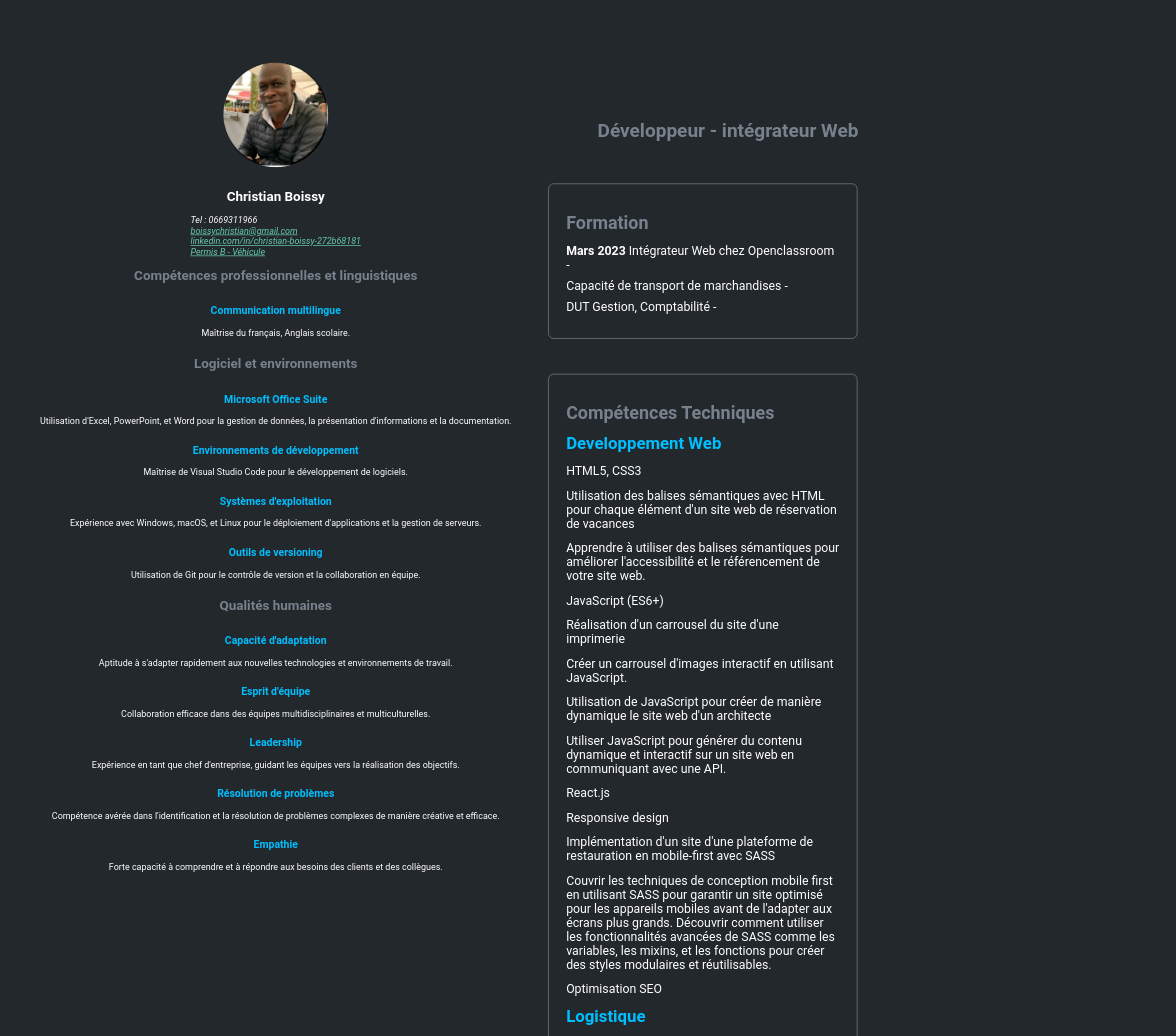
Repository: Christian121966/cv-logistique
Page: /
These files come from the project's save history. The page is drawn as it stood at one moment and after the next save; the edit follows.
The browser window is 1280 px wide. The page is 1680 px wide, so the pictures cover 1680 px, including what lies to the right of the window. The pictures show the part of the page from y = 0 to 1480 px (the page is 2702 px tall), at 70% of full size.
The project was rebuilt for these pictures with package versions that can differ from the ones it lists, and the page was loaded fresh each time.

Above is the page before, as saved 2024-07-27 19:42:00.

### public/index.html
<!DOCTYPE html>
<html lang="en">
  <head>
    <meta charset="utf-8" />
    <link rel="icon" href="%PUBLIC_URL%/favicon.ico" />
    <meta name="viewport" content="width=device-width, initial-scale=1" />
    <meta name="theme-color" content="#000000" />
    <meta name="description" content="Curriculum Vitae de Christian Boissy, développeur web front-end" />
    <meta name="keywords" content="Christian Boissy, CV, développeur front-end, React, Node.js, JavaScript" />
    <meta name="author" content="Christian Boissy" />

    <!-- Open Graph Meta Tags -->
    <meta property="og:title" content="CV de Christian Boissy" />
    <meta property="og:description" content="Curriculum Vitae de Christian Boissy, développeur web front-end" />
    <meta property="og:image" content="%PUBLIC_URL%/logo192.png" />
    <meta property="og:url" content="https://christian121966.github.io/cv-christian-boissy/" />
    <meta property="og:type" content="website" />

    <!-- Twitter Card Meta Tags -->
    <meta name="twitter:card" content="summary_large_image" />
    <meta name="twitter:title" content="CV de Christian Boissy" />
    <meta name="twitter:description" content="Curriculum Vitae de Christian Boissy, développeur web front-end" />
    <meta name="twitter:image" content="%PUBLIC_URL%/logo192.png" />

    <link rel="apple-touch-icon" href="%PUBLIC_URL%/logo192.png" />
    <link rel="manifest" href="%PUBLIC_URL%/manifest.json" />
    <title>CV-CHRISTIAN-BOISSY</title>

    <!-- Google Analytics -->
    <script async src="https://www.googletagmanager.com/gtag/js?id=G-K4EJ3NRTQS"></script>
    <script>
      window.dataLayer = window.dataLayer || [];
      function gtag(){dataLayer.push(arguments);}
      gtag('js', new Date());
      gtag('config', 'G-K4EJ3NRTQS');
    </script>
  </head>
  <body>
    <noscript>You need to enable JavaScript to run this app.</noscript>
    <div id="root"></div>
    <!--
      This HTML file is a template.
      If you open it directly in the browser, you will see an empty page.

      You can add webfonts, meta tags, or analytics to this file.
      The build step will place the bundled scripts into the <body> tag.

      To begin the development, run `npm start` or `yarn start`.
      To create a production bundle, use `npm run build` or `yarn build`.
    -->
  </body>
</html>

### src/index.js
import React from 'react';
import ReactDOM from 'react-dom/client';
import './index.css';
import App from './App';
import ReactGA from 'react-ga4';

ReactGA.initialize('G-K4EJ3NRTQS', {
  cookieFlags: 'SameSite=None; Secure'
});

ReactGA.send('pageview');

const root = ReactDOM.createRoot(document.getElementById('root'));
root.render(
  <React.StrictMode>
    <App />
  </React.StrictMode>
);

### src/App.js
import React from 'react';
import './App.css';
import Footer from './components/Footer';
import Section from './components/Section';
import Sidebar from './components/Sidebar';
import Formation from './components/Formation';
import CompetencesTechniques from './components/CompetencesTechniques';
import ExperiencesProfessionnelles from './components/ExperiencesProfessionnelles';

function App() {
  return (
    <div className="App">
      <header className="cv-title">
        <h1>Développeur - intégrateur Web</h1>
      </header>
      <div className="container">
        <Sidebar />
        <main>
          <div className="card">
            <Section title="Formation">
              <Formation />
            </Section>
          </div>
          <div className="card">
            <Section title="Compétences Techniques">
              <CompetencesTechniques />
            </Section>
          </div>
          <div className="card">
            <Section title="Expériences Professionnelles">
              <ExperiencesProfessionnelles />
            </Section>
          </div>
        </main>
      </div>
      <Footer />
    </div>
  );
}

export default App;

### src/App.css
@charset "UTF-8";
/* Variables de couleurs */
/* Mixins */
*,
*::before,
*::after {
  box-sizing: border-box;
  margin: 0;
  padding: 0;
}

body {
  background-color: rgb(35, 40, 45);
  color: rgb(255, 255, 255);
  font-family: "Roboto", sans-serif;
  padding: 0;
  margin: 0;
  overflow-x: hidden;
  overflow-y: auto;
}
body header.cv-title {
  display: flex;
  justify-content: center;
  position: relative;
  top: 185px;
  left: 0;
  margin-bottom: 2px;
}
body header.cv-title h1 {
  color: rgb(120, 130, 140);
  font-size: 1em;
}
body .container {
  display: flex;
  flex-direction: column;
  padding: 10px;
}
body .container .container {
  display: flex;
  flex-direction: column;
  padding: 10px;
}
body .container .sidebar {
  width: 100%;
  font-size: 0.8em;
  display: flex;
  flex-direction: column;
  justify-content: center;
  align-items: center;
  padding: 2px;
}
body .container .sidebar h2 {
  font-size: 1.5em;
  text-align: center;
  margin: 15px 0 15px 0;
  color: rgb(120, 130, 140);
}
body .container .sidebar .profile-photo {
  width: 150px;
  height: 150px;
  border-radius: 50%;
  margin-bottom: 30px;
  cursor: pointer;
  transition: width 0.3s ease, height 0.3s ease;
}
body .container .sidebar .profile-photo:hover {
  width: 360px;
  height: 360px;
  border-radius: 50%;
  margin-bottom: 30px;
}
body .container .sidebar address {
  margin-top: 15px;
}
body .container .sidebar address a {
  color: mediumaquamarine;
}
body .container .sidebar ul {
  list-style-type: none;
  text-align: center;
}
body .container .sidebar ul h3 {
  margin: 15px 0 15px 0;
  color: deepskyblue;
}
body .container .sidebar ul li {
  display: flex;
  flex-direction: column;
  margin-bottom: 10px;
  overflow-y: auto;
}
body .container .sidebar ul li li > span {
  display: block; /* Assurez-vous que span est affiché comme bloc */
  text-align: center; /* Exemple de centrage de span */
  color: #777; /* Exemple de couleur de texte */
}
body main {
  margin: 0;
}
body section h2 {
  font-size: 1.2em;
  margin: 15px 0 15px 0;
}
body .card {
  margin: 5px;
  padding: 10px;
  background: rgb(35, 40, 45);
  border: 1px solid rgb(120, 130, 140);
  border-radius: 8px;
}
body .card div, body .card ul {
  font-size: 0.9em;
  list-style-type: none;
  margin-bottom: 10px;
}
body .card h2 {
  color: rgb(120, 130, 140);
}
body .card h3 {
  font-size: 1.1em;
  margin: 15px 0 15px 0;
  color: deepskyblue;
}
body li {
  margin-bottom: 15px;
}
body p {
  font-size: 1em;
}
body footer p {
  font-size: 0.6em;
  display: flex;
  justify-content: center;
  text-align: center;
}

/* Pour les écrans de 320px à 425px */
@media screen and (max-width: 425px) {
  body header.cv-title {
    position: relative;
    top: 190px;
    left: 0;
    margin-bottom: 2px;
    text-align: center;
  }
  body header.cv-title h1 {
    color: rgb(120, 130, 140);
    font-size: 1.2em;
  }
  body .container {
    display: flex;
    flex-direction: column;
    padding: 10px;
  }
  body .sidebar {
    width: 100%;
    font-size: 0.8em;
    display: flex;
    flex-direction: column;
    justify-content: center;
    align-items: center;
    padding: 2px;
  }
  body .sidebar h2 {
    font-size: 1.1em;
    text-align: center;
    margin: 15px 0;
    color: rgb(120, 130, 140);
  }
  body .sidebar .profile-photo {
    width: 150px;
    height: 150px;
    border-radius: 50%;
    margin-bottom: 30px;
  }
  body .sidebar address {
    margin-top: 0;
  }
  body .sidebar address a {
    color: mediumaquamarine;
  }
  body .sidebar ul {
    list-style-type: none;
  }
  body .sidebar ul h3 {
    margin: 15px 0;
    color: deepskyblue;
    text-align: center;
  }
  body .sidebar ul li {
    margin-bottom: 10px;
    text-align: center;
  }
  body .sidebar ul li span {
    display: block;
    color: #ccc;
  }
  body main {
    margin: 0;
    padding: 15px;
  }
  body section h2 {
    font-size: 1.3em;
    margin: 15px 0;
  }
  body .card {
    margin: 10px;
    padding: 12px;
    background: rgb(35, 40, 45);
    border: 1px solid rgb(120, 130, 140);
    border-radius: 8px;
  }
  body .card div, body .card ul {
    font-size: 0.9em;
    list-style-type: none;
  }
  body .card h3 {
    font-size: 1.2em;
    margin: 15px 0;
    color: deepskyblue;
  }
  body p {
    font-size: 1em;
  }
  body footer p {
    font-size: 0.8em;
    display: flex;
    justify-content: center;
    text-align: center;
    margin: 10px;
  }
}
/* Pour les écrans de 768px et plus */
@media screen and (min-width: 768px) {
  body header.cv-title {
    top: 140px;
    left: 160px;
    margin-bottom: 20px;
  }
  body header.cv-title h1 {
    font-size: 1.5em;
  }
  body .container {
    display: flex;
    flex-direction: row;
    padding: 25px;
  }
  body .sidebar {
    width: 35%;
    font-size: 1.1em;
    padding: 15px;
    display: flex;
    flex-direction: column;
    justify-content: flex-start;
    align-items: center;
    height: -moz-max-content;
    height: max-content;
  }
  body .sidebar .profile-photo {
    width: 180px;
    height: 180px;
  }
  body .sidebar h2 {
    font-size: 1.3em;
  }
  body main {
    width: 65%;
    padding: 0 25px;
    display: flex;
    flex-direction: column;
    margin-top: 150px;
  }
  body section h2 {
    font-size: 1.5em;
  }
  body .card {
    margin: 20px 0;
    padding: 20px;
    background: rgb(35, 40, 45);
    border: 1px solid rgb(120, 130, 140);
    border-radius: 8px;
  }
  body .card div, body .card ul {
    font-size: 0.9em;
  }
  body .card h3 {
    font-size: 1.4em;
  }
  body p {
    font-size: 0.9em;
  }
  footer {
    display: flex;
    justify-content: center;
    align-items: center;
    margin-top: 20px;
  }
  footer p {
    font-size: 0.8em;
  }
}
/* Pour les écrans de 1024px et plus */
@media screen and (min-width: 1024px) {
  body header.cv-title {
    top: 170px;
    left: 400px;
    margin-bottom: 25px;
    overflow-y: hidden;
    overflow-x: hidden;
  }
  body header.cv-title h1 {
    font-size: 1.7em;
  }
  body .container {
    padding: 30px;
  }
  body .sidebar {
    width: 35%;
    font-size: 1.2em;
    padding: 20px;
  }
  body .sidebar .profile-photo {
    width: 190px;
    height: 190px;
  }
  body .sidebar h2 {
    font-size: 1.4em;
  }
  body section h2 {
    font-size: 1.6em;
  }
  body .card {
    margin: 25px 0;
    padding: 25px;
  }
  body .card div, body .card ul {
    font-size: 1.1em;
  }
  body .card h3 {
    font-size: 1.5em;
  }
  body p {
    font-size: 1em;
  }
}/*# sourceMappingURL=App_20240727194105.css.map */

### src/components/Footer.js
import React from 'react';

const Footer = () => {
  return (
    <footer>
      <p>© 2024 Christian Boissy. Tous droits réservés.</p>
    </footer>
  );
};

export default Footer;

### src/components/Section.js
import React from 'react';

const Section = ({ title, children }) => {
  return (
    <section>
      <h2>{title}</h2>
      {children}
    </section>
  );
};

export default Section;

### src/components/Sidebar.js
import React from 'react';
import ReactGA from 'react-ga4';

function handleEmailClick() {
  ReactGA.event({
    category: 'User',
    action: 'Clicked on Email Link',
    label: 'Email'
  });
}

function handleLinkedInClick() {
  ReactGA.event({
    category: 'User',
    action: 'Clicked on LinkedIn Link',
    label: 'LinkedIn'
  });
}

const Sidebar = () => {
  return (
    <aside className="sidebar">
      <img src={`${process.env.PUBLIC_URL}/images/Chris.png`} alt="Chris" className="profile-photo" />
      <h1>Christian Boissy</h1>
      <address>
        Tel : 0669311966<br />
        <a href="mailto:boissychristian@gmail.com" onClick={handleEmailClick}>boissychristian@gmail.com</a><br />
        <a href="https://linkedin.com/in/christian-boissy-272b68181" target="_blank" rel="noopener noreferrer" onClick={handleLinkedInClick}>
          linkedin.com/in/christian-boissy-272b68181
          <p>Permis B - Véhicule</p>
        </a>
      </address>
      <h2>Compétences professionnelles et linguistiques</h2>
      <ul>
        <li>
          <h3>Communication multilingue</h3>
          <span>Maîtrise du français, Anglais scolaire.</span>
        </li>
      </ul>
      <h2>Logiciel et environnements</h2>
      <ul>
        <li>
          <h3>Microsoft Office Suite</h3>
          <span>Utilisation d'Excel, PowerPoint, et Word pour la gestion de données, la présentation d'informations et la documentation.</span>
        </li>
        <li>
          <h3>Environnements de développement</h3>
          <span>Maîtrise de Visual Studio Code pour le développement de logiciels.</span>
        </li>
        <li>
          <h3>Systèmes d'exploitation</h3>
          <span>Expérience avec Windows, macOS, et Linux pour le déploiement d'applications et la gestion de serveurs.</span>
        </li>
        <li>
          <h3>Outils de versioning</h3>
          <span>Utilisation de Git pour le contrôle de version et la collaboration en équipe.</span>
        </li>
      </ul>
      <h2>Qualités humaines</h2>
      <ul>
        <li>
          <h3>Capacité d'adaptation</h3>
          <span>Aptitude à s'adapter rapidement aux nouvelles technologies et environnements de travail.</span>
        </li>
        <li>
          <h3>Esprit d'équipe</h3>
          <span>Collaboration efficace dans des équipes multidisciplinaires et multiculturelles.</span>
        </li>
        <li>
          <h3>Leadership</h3>
          <span>Expérience en tant que chef d'entreprise, guidant les équipes vers la réalisation des objectifs.</span>
        </li>
        <li>
          <h3>Résolution de problèmes</h3>
          <span>Compétence avérée dans l'identification et la résolution de problèmes complexes de manière créative et efficace.</span>
        </li>
        <li>
          <h3>Empathie</h3>
          <span>Forte capacité à comprendre et à répondre aux besoins des clients et des collègues.</span>
        </li>
      </ul>
    </aside>
  );
};

export default Sidebar;

### src/components/Formation.js
import React from 'react';
import cvData from '../data/cvData';

function Formation() {
  return (
    <>
      {cvData.formation.map((item, index) => (
        <div key={index}>
          <strong>{item.date}</strong> {item.title} - {item.details}
        </div>
      ))}
    </>
  );
}

export default Formation;

### src/components/CompetencesTechniques.js
import React from 'react';
import cvData from '../data/cvData';

function CompetencesTechniques() {
  // Liste des éléments à mettre en gras
  const boldItems = [
    "Developpement Web",
    "Logistique",
    "Capacité de transport de marchandises",
    "CACES 1, 2, 3 & 5",
    "Communication"
  ];

  // Fonction pour vérifier si l'élément doit être en gras
  const isBold = (item) => {
    return boldItems.some(boldItem => item.includes(boldItem));
  };

  return (
    <>
      <h3>Developpement Web</h3>
      <ul>
        {cvData.competences.developpementWeb.map((item, index) => (
          <li key={index}>
            {isBold(item) ? <strong>{item}</strong> : item}
          </li>
        ))}
      </ul>
      <h3>Logistique</h3>
      <ul>
        {cvData.competences.logistique.map((item, index) => (
          <li key={index}>
            {isBold(item) ? <strong>{item}</strong> : item}
          </li>
        ))}
      </ul>
      {/* <h3>Communication</h3>
      <ul>
        {cvData.competences.communication.map((item, index) => (
          <li key={index}>
            {isBold(item) ? <strong>{item}</strong> : item}
          </li>
        ))}
      </ul> */}
    </>
  );
}

export default CompetencesTechniques;

### src/components/ExperiencesProfessionnelles.js
import React from 'react';
import cvData from '../data/cvData';

function ExperiencesProfessionnelles() {
  // Vérifiez que cvData.experiences est défini et qu'il s'agit d'un tableau
  if (!cvData.experiences || !Array.isArray(cvData.experiences)) {
    return <div>Aucune expérience professionnelle disponible.</div>;
  }

  return (
    <div>
      {cvData.experiences.map((exp, index) => (
        <div key={index}>
          <h3>{exp.title}</h3>
          <p>{exp.date}</p>
          {exp.details && exp.details.map((detail, idx) => (
            typeof detail === 'string' ?
              <p key={idx}>{detail}</p> :
              <div key={idx}>
                <strong>{detail.highlight}</strong>
                {detail.list ? <ul>{detail.list.map((item, itemIdx) => <li key={itemIdx}>{item}</li>)}</ul> : <p>{detail.description}</p>}
              </div>
          ))}
          {/* Si exp.details n'est pas défini, affichez un message ou laissez vide */}
          {!exp.details && <p></p>}
        </div>
      ))}
    </div>
  );
}

export default ExperiencesProfessionnelles;

### src/data/cvData.js
const cvData = {
    formation: [
      {
        date: "Mars 2023",
        title: "Intégrateur Web chez Openclassroom",
        /*details: "HTML/CSS - JavaScript - React - Redux - MongoDB - Git - GitHub - Responsive design"*/
      },
      {
        title: "Capacité de transport de marchandises",
      },
      {
        title: "DUT Gestion, Comptabilité"
      }
    ],
    competences: {
      developpementWeb: [
        "HTML5, CSS3",
        "Utilisation des balises sémantiques avec HTML pour chaque élément d'un site web de réservation de vacances",
        "Apprendre à utiliser des balises sémantiques pour améliorer l'accessibilité et le référencement de votre site web.",
        "JavaScript (ES6+)",
        "Réalisation d'un carrousel du site d'une imprimerie",
        "Créer un carrousel d'images interactif en utilisant JavaScript.",
        "Utilisation de JavaScript pour créer de manière dynamique le site web d'un architecte",
        "Utiliser JavaScript pour générer du contenu dynamique et interactif sur un site web en communiquant avec une API.",
        "React.js",
        "Responsive design",
        "Implémentation d'un site d'une plateforme de restauration en mobile-first avec SASS",
        "Couvrir les techniques de conception mobile first en utilisant SASS pour garantir un site optimisé pour les appareils mobiles avant de l'adapter aux écrans plus grands. Découvrir comment utiliser les fonctionnalités avancées de SASS comme les variables, les mixins, et les fonctions pour créer des styles modulaires et réutilisables.",
        "Optimisation SEO"
      ],
      logistique: [

        "Capacité de transport de marchandises :",
        "Gestion d'une société de transport de marchandises",
        "Gestion de personnel",
        "Gestion des stocks",
        "Communication :",
        "Gestion des contacts",
        "Gestion du personnel"
      ]
    },
    experiences: [
      {
        date: "Déc. 2021 - Juin 2022",
        title: "First Stop Sartrouville - Herblay",
        details: [
          { highlight: "Livraison de pneus en Ile de France, gestion des commandes et des stocks" },
        ]
      },
      {
        date: "2007 - 2021",
        title: "Gérant de société de transport - Paris",
        details: [
          { highlight: "Livraison de colis en partenariat avec Colisweb"},
          { highlight: "Livraison avec SVP"},
          { highlight: "Livraison avec CG Courses"}
        ]
      },
      {
        date: "1999 - 2007",
        title: "Cariste gestionnaire de stocks - Rougier Panneaux - Gennevilliers",
        details: [
          { highlight: "Chargement et déchargemement de colis de panneaux de bois"},
          { highlight: "Gestion du stock"},
          { highlight: "Préparation des commandes"}
        ]
      }
    ]
  };

  export default cvData;

Loaded but not shown: src/index.css (common file)

After the next save:
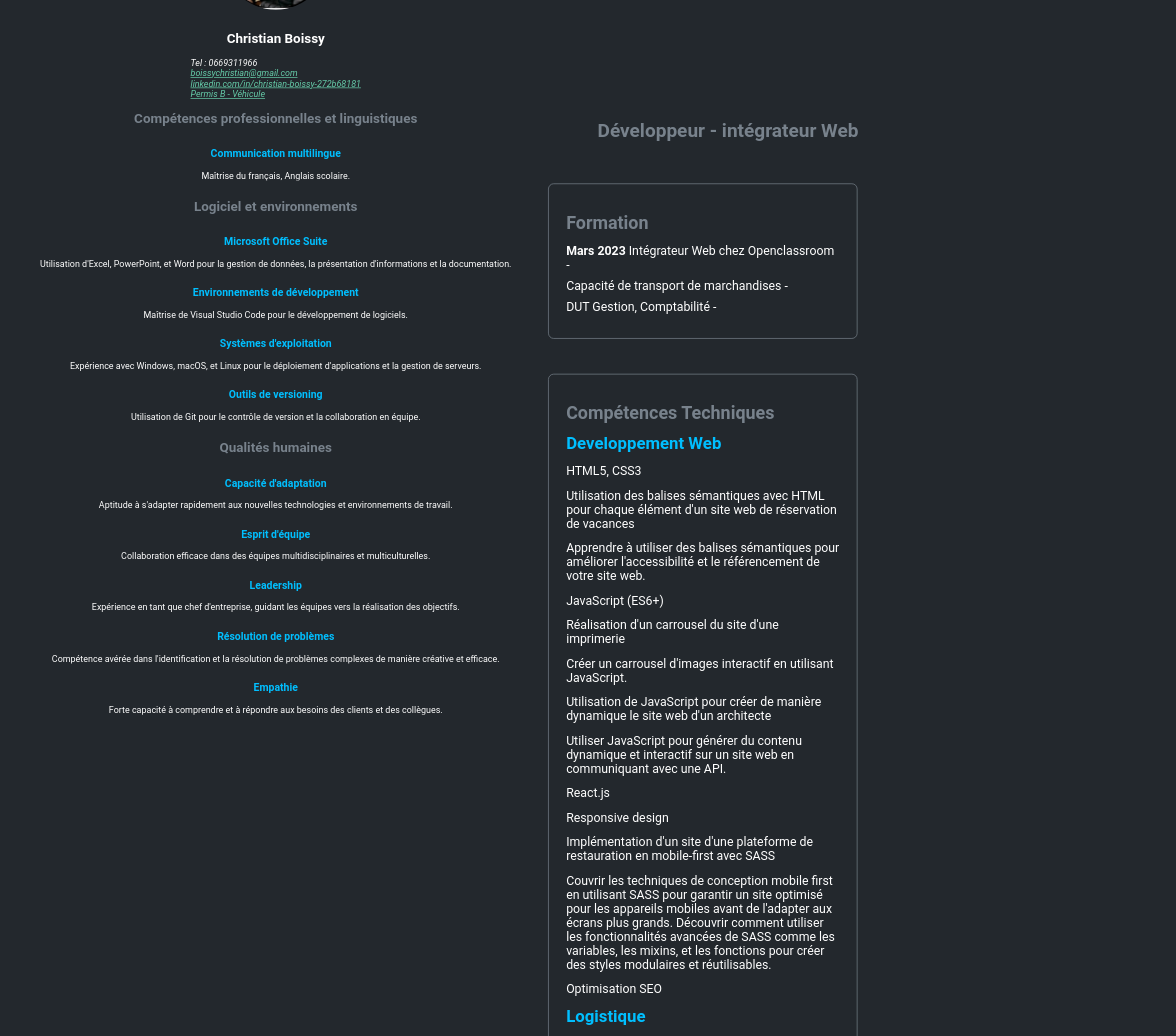
Saved 6 s later.
--- a/src/App.css
+++ b/src/App.css
@@ -253,8 +253,7 @@ body footer p {
     flex-direction: column;
     justify-content: flex-start;
     align-items: center;
-    height: -moz-max-content;
-    height: max-content;
+    height: 100vh;
   }
   body .sidebar .profile-photo {
     width: 180px;
@@ -342,4 +341,4 @@ body footer p {
   body p {
     font-size: 1em;
   }
-}/*# sourceMappingURL=App_20240727194105.css.map */
+}/*# sourceMappingURL=App_20240727194206.css.map */
